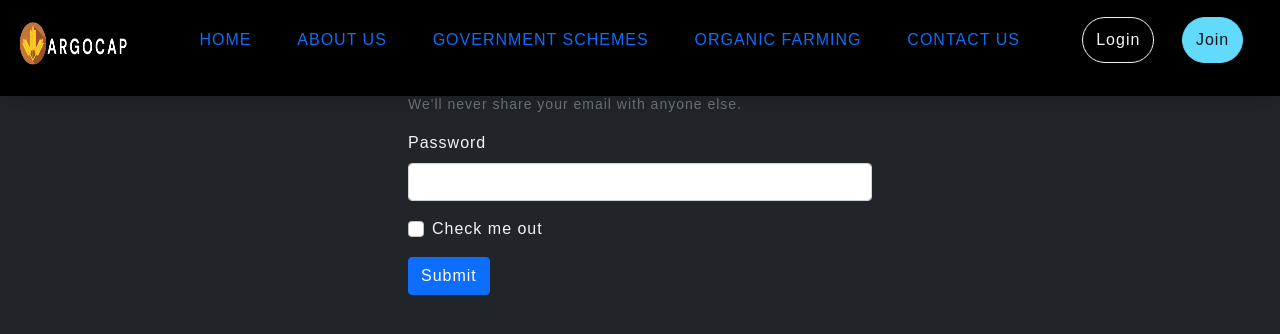
Repository: hellojeeban/farmers-decision-support-system
Page: http://localhost/Argocap/loginUser.jsp
The author's editor kept a copy of each file at every save. The page is drawn from the files as they stood at one save, then again after the next save.
The browser window is 1280 px wide. The pictures show the whole page.
The page is served by Tomcat 9.

Above is the page before, as saved 2024-02-02 06:19:03.

After the next save:
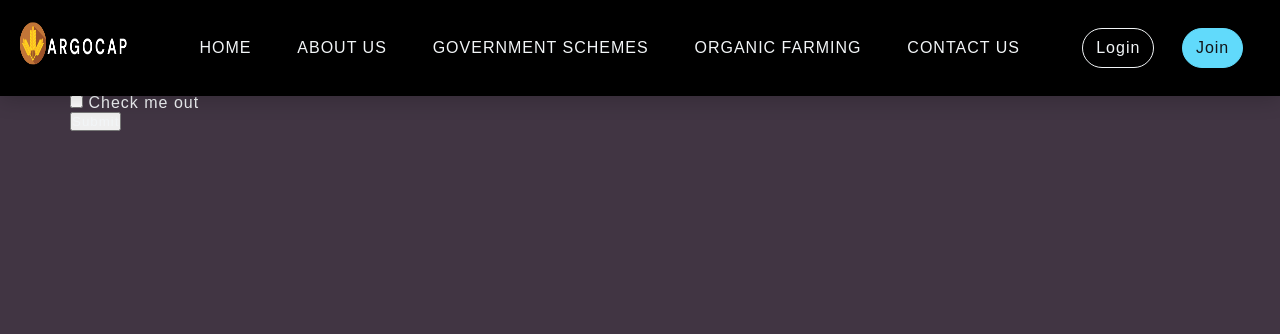
Saved 51 s later.
--- a/Argocap/src/main/webapp/loginUser.jsp
+++ b/Argocap/src/main/webapp/loginUser.jsp
@@ -11,11 +11,6 @@
 	href="https://cdnjs.cloudflare.com/ajax/libs/font-awesome/4.7.0/css/font-awesome.min.css">
 <meta http-equiv="X-UA-Compatible" content="ie=edge">
 <title>Login Form</title>
-<link
-	href="https://cdn.jsdelivr.net/npm/bootstrap@5.0.2/dist/css/bootstrap.min.css"
-	rel="stylesheet"
-	integrity="sha384-EVSTQN3/azprG1Anm3QDgpJLIm9Nao0Yz1ztcQTwFspd3yD65VohhpuuCOmLASjC"
-	crossorigin="anonymous">
 </head>
 <body class="bg-dark">
 	<nav>
